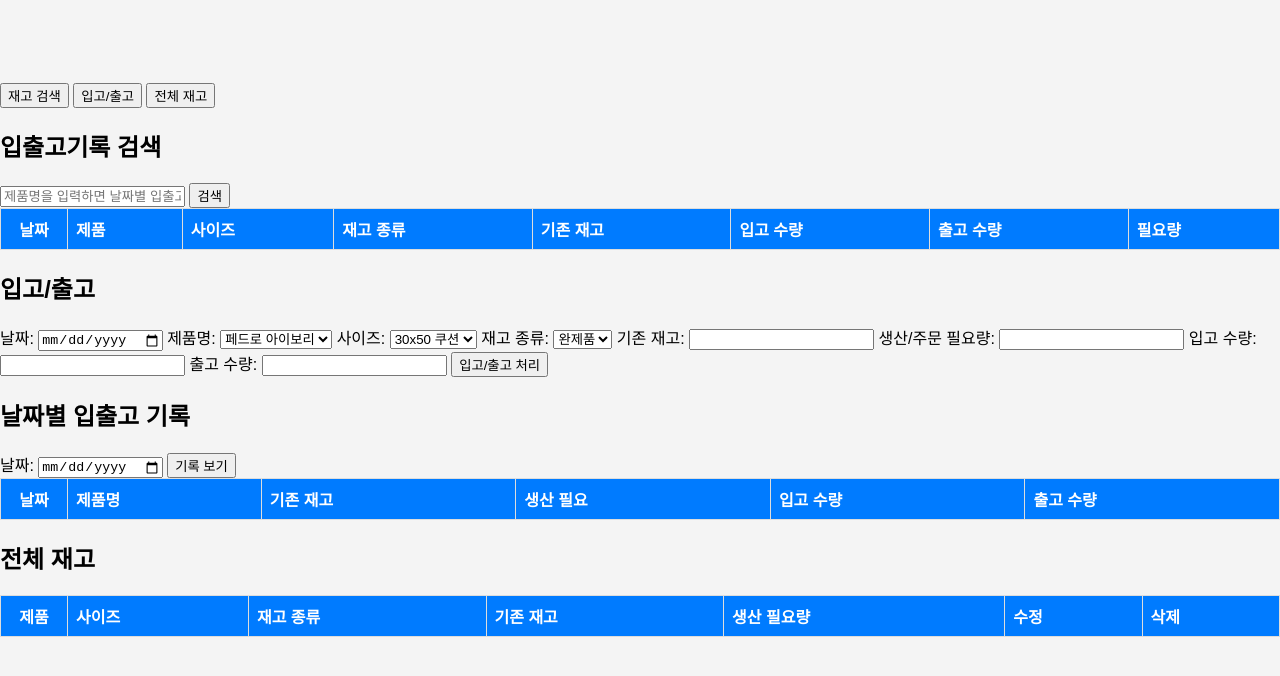
Repository: bluefoginthecup/inventory
Page: public/index.html
The author's editor kept a copy of each file at every save. The page is drawn from the files as they stood at one save, then again after the next save.
The browser window is 1280 px wide. The pictures show the whole page.

Above is the page before, as saved 2025-01-05 17:51:04.
Console error: TypeError: Cannot read properties of null (reading 'addEventListener')

### public/index.html
<!DOCTYPE html>
<html lang="en">
<head>
    <meta charset="UTF-8">
    <meta name="viewport" content="width=device-width, initial-scale=1.0">
    <title>재고 관리 시스템</title>
    <link rel="stylesheet" href="styles.css">
</head>
<body>
    <div class="main-container">
        <!-- 탭 메뉴 -->
        <div class="tab-container">
            <button class="tab-button active" id="searchTab">재고 검색</button>
            <button class="tab-button" id="movementTab">입고/출고</button>
            <button class="tab-button" id="allStockTab">전체 재고</button>
        </div>

        <!-- 섹션 1: 입출고 기록 -->
        <section id="searchSection" class="section active">
            <h2>입출고기록 검색</h2>
            <form id="searchForm">
                <input type="text" id="searchInput" placeholder="제품명을 입력하면 날짜별 입출고 기록을 확인할 수 있습니다. 초성검색 가능" required>

                <button type="button" id="searchBtn">검색</button>
            </form>
            <table id="searchResults">
                <thead>
                    <tr>
                        <th>날짜</th>
                        <th>제품</th>
                        <th>사이즈</th>
                        <th>재고 종류</th>
                        <th>기존 재고</th>
                        <th>입고 수량</th>
                        <th>출고 수량</th>
                        <th>필요량</th>
                    </tr>
                </thead>
                <tbody>
                    <!-- 검색 결과 테이블 -->
                </tbody>
            </table>
        </section>


        <!-- 섹션 2: 입고/출고 처리 -->
        <section id="movementSection" class="section">
            <h2>입고/출고</h2>
            <form id="stockForm">
                <label for="stockDate">날짜:</label>
                <input type="date" id="stockDate" name="stockDate" required>

                <label for="product">제품명:</label>
                <select id="product" name="product" required>
                    <option value="pedro_ivory">페드로 아이보리</option>
                    <option value="pedro_gray">페드로 그레이</option>
                    <option value="pedro_blue">페드로 블루</option>
                    <!-- 추가 제품 옵션 -->
                </select>

                <label for="size">사이즈:</label>
                <select id="size" name="size" required>
                    <option value="30x50_cushion">30x50 쿠션</option>
                    <option value="40_cushion">40 쿠션</option>
                    <!-- 추가 사이즈 옵션 -->
                </select>

                <label for="type">재고 종류:</label>
                <select id="type" name="type" required>
                    <option value="finished">완제품</option>
                    <option value="embroidery">자수물</option>
                    <option value="cutting">재단물</option>
                    <!-- 추가 재고 종류 옵션 -->
                </select>


                <label for="stockAmount">기존 재고:</label>
                <input type="number" id="stockAmount" name="stockAmount" required>

                <label for="neededAmount">생산/주문 필요량:</label>
                <input type="number" id="neededAmount" name="neededAmount" required>

                <label for="incomingAmount">입고 수량:</label>
                <input type="number" id="incomingAmount" name="incomingAmount" required>

                <label for="outgoingAmount">출고 수량:</label>
                <input type="number" id="outgoingAmount" name="outgoingAmount" required>

                <button type="button" id="submitButton">입고/출고 처리</button>
            </form>
        </section>


        <!-- 섹션 4: 날짜별 입출고 기록 -->
        <section id="dailyLogsSection" class="section">
            <h2>날짜별 입출고 기록</h2>
            <form id="dailyLogsForm">
                <label for="logDate">날짜:</label>
                <input type="date" id="logDate" name="logDate" required>

                <button type="button" id="viewLogsButton">기록 보기</button>
            </form>

            <table id="dailyLogsTable">
                <thead>
                    <tr>
                        <th>날짜</th>
                        <th>제품명</th>
                        <th>기존 재고</th>
                        <th>생산 필요</th>
                        <th>입고 수량</th>
                        <th>출고 수량</th>
                    </tr>
                </thead>
                <tbody>
                    <!-- 날짜별 기록 데이터 -->
                </tbody>
            </table>
        </section>



        <!-- 섹션 3: 전체 재고 -->
        <section id="allStockSection" class="section">
            <h2>전체 재고</h2>
            <table id="allStockTable">
                <thead>
                    <tr>
                        <th>제품</th>
                        <th>사이즈</th>
                        <th>재고 종류</th>
                        <th>기존 재고</th>
                        <th>생산 필요량</th>
                        <th>수정</th>
                        <th>삭제</th>
                    </tr>
                </thead>
                <tbody>
                    <!-- 전체 재고 테이블 -->
                </tbody>
            </table>
        </section>
    </div>

    <script src="bundle.js"></script>
</body>
</html>

### styles.css
body {
    font-family: Arial, sans-serif;
    display: flex;
    justify-content: center;
    align-items: center;
    height: 100vh;
    margin: 0;
    background-color: #f4f4f4;
    flex-direction: column;
}
.form-container {
    background: #fff;
    padding: 20px;
    border-radius: 8px;
    box-shadow: 0 4px 6px rgba(0, 0, 0, 0.1);
    width: 300px;
    text-align: center;
    margin-bottom: 20px;
}
.form-container h2 {
    margin-bottom: 20px;
}
.form-container input {
    width: 100%;
    padding: 10px;
    margin: 10px 0;
    border: 1px solid #ccc;
    border-radius: 4px;
    box-sizing: border-box;
}
.form-container button {
    background-color: #007BFF;
    color: #fff;
    border: none;
    padding: 10px 20px;
    border-radius: 4px;
    cursor: pointer;
}
.form-container button:hover {
    background-color: #0056b3;
}
.table-container {
    width: 80%;
    max-width: 600px;
    background: #fff;
    padding: 20px;
    border-radius: 8px;
    box-shadow: 0 4px 6px rgba(0, 0, 0, 0.1);
}
table {
    width: 100%;
    border-collapse: collapse;
}
table th, table td {
    border: 1px solid #ddd;
    padding: 8px;
    text-align: left;
}
table th {
    background-color: #007BFF;
    color: white;
}

table th:first-child,
table td:first-child {
    width: 50px;
    text-align: center;
}

Loaded but not shown: dist/bundle.js (library)

After the next save:
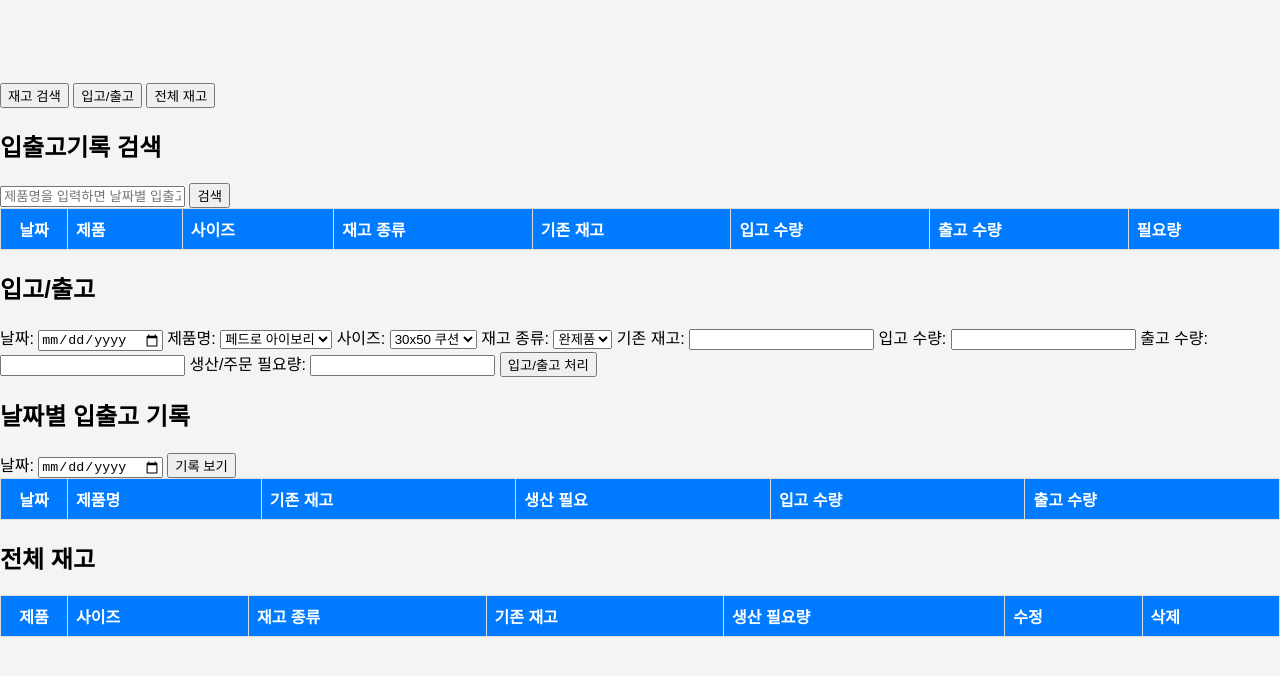
Saved 76 s later.
--- a/public/index.html
+++ b/public/index.html
@@ -77,14 +77,16 @@
                 <label for="stockAmount">기존 재고:</label>
                 <input type="number" id="stockAmount" name="stockAmount" required>
 
-                <label for="neededAmount">생산/주문 필요량:</label>
-                <input type="number" id="neededAmount" name="neededAmount" required>
 
                 <label for="incomingAmount">입고 수량:</label>
                 <input type="number" id="incomingAmount" name="incomingAmount" required>
 
                 <label for="outgoingAmount">출고 수량:</label>
                 <input type="number" id="outgoingAmount" name="outgoingAmount" required>
+
+
+                <label for="neededAmount">생산/주문 필요량:</label>
+                <input type="number" id="neededAmount" name="neededAmount" required>
 
                 <button type="button" id="submitButton">입고/출고 처리</button>
             </form>
